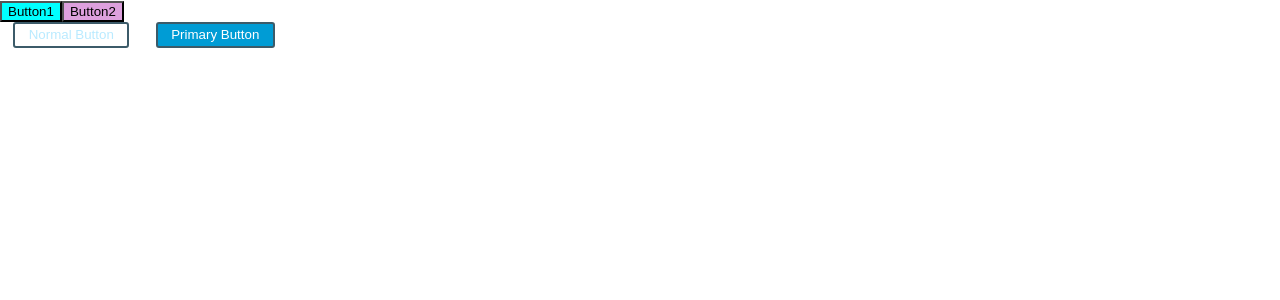
Repository: tjgus22/example-css
Page: / (app in react/css/)
The author's editor kept a copy of each file at every save. The page is drawn from the files as they stood at one save, then again after a run of saves.
The browser window is 1280 px wide. The pictures show the whole page.
The project was rebuilt for these pictures with package versions that can differ from the ones it lists, and the page was loaded fresh each time. Also part of the build but not shown: react/css/src/App.css.

Above is the page before, as saved 2023-12-24 21:28:19.

### react/css/src/App.js
import './App.css';
import Button1 from './components/Button1';
import Button2 from './components/Button2';
import styled, { css } from 'styled-components';

const Container = styled.div`
  display: flex;
`;

const Button = styled.button`
  background: transparent;
  border-radius: 3px;
  border: 2px solid #3c5b69;
  color: #b9eaff;
  margin: 0 1em;
  padding: 0.25em 1em;
  ${(props) =>
    props.primary &&
    css`
      background: #009cd5;
      color: white;
    `};
`;

function App() {
  return (
    <>
      <Button1 />
      <Button2 />
      <Container>
        <Button>Normal Button</Button>
        <Button primary>Primary Button</Button>
      </Container>
    </>
  );
}

export default App;

### react/css/src/components/Button1.jsx
import React from 'react';
import styles from './Button1.module.css';

export default function Button1() {
  return <button className={styles.button}>Button1</button>;
}

### react/css/src/components/Button2.jsx
import React from 'react';
import styles from './Button2.module.css';

export default function Button2() {
  return <button className={styles.button}>Button2</button>;
}

### react/css/src/components/Button1.module.css
.button {
  background-color: aqua;
}

### react/css/src/components/Button2.module.css
.button {
  background-color: plum;
}

### react/css/src/StyledComponent.jsx
import React from 'react';
import styled, { css } from 'styled-components';

const Container = styled.div`
  display: flex;
`;

const Button = styled.button`
  background: transparent;
  border-radius: 3px;
  border: 2px solid #3c5b69;
  color: #b9eaff;
  margin: 0 1em;
  padding: 0.25em 1em;
  ${(props) =>
    props.primary &&
    css`
      background: #009cd5;
      color: white;
    `};
`;

export default function StyledComponent() {
  return (
    <Container>
      <Button>Normal Button</Button>
      <Button primary>Primary Button</Button>
    </Container>
  );
}

### react/css/src/TailwindComponent.jsx
import React from 'react';

export default function TailwindComponent() {
  return (
    <div>
      <h1 className='text-3xl'>안녕!</h1>
      <button className='bg-blue-500 rounded-xl px-2'>Button</button>
    </div>
  );
}

Loaded but not shown: react/css/public/index.html (common file); react/css/src/index.js (common file); react/css/src/index.css (common file); react/css/src/reportWebVitals.js (common file)

After the next 2 saves:
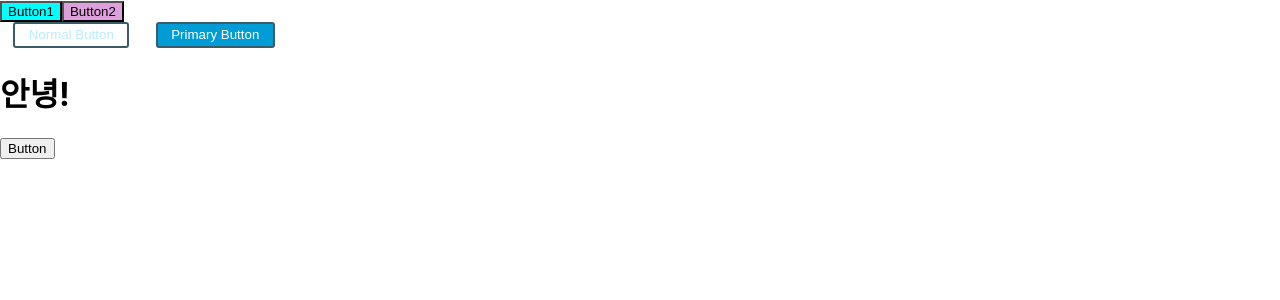
The 2 saves are shown as one change because 1 did not build or start.
The last was saved 2 min 7 s later.
--- a/react/css/src/App.js
+++ b/react/css/src/App.js
@@ -1,36 +1,16 @@
 import './App.css';
 import Button1 from './components/Button1';
 import Button2 from './components/Button2';
-import styled, { css } from 'styled-components';
-
-const Container = styled.div`
-  display: flex;
-`;
-
-const Button = styled.button`
-  background: transparent;
-  border-radius: 3px;
-  border: 2px solid #3c5b69;
-  color: #b9eaff;
-  margin: 0 1em;
-  padding: 0.25em 1em;
-  ${(props) =>
-    props.primary &&
-    css`
-      background: #009cd5;
-      color: white;
-    `};
-`;
+import StyledComponent from './StyledComponent';
+import TailWindComponent from './TailWindComponent';
 
 function App() {
   return (
     <>
       <Button1 />
       <Button2 />
-      <Container>
-        <Button>Normal Button</Button>
-        <Button primary>Primary Button</Button>
-      </Container>
+      <StyledComponent />
+      <TailWindComponent />
     </>
   );
 }
